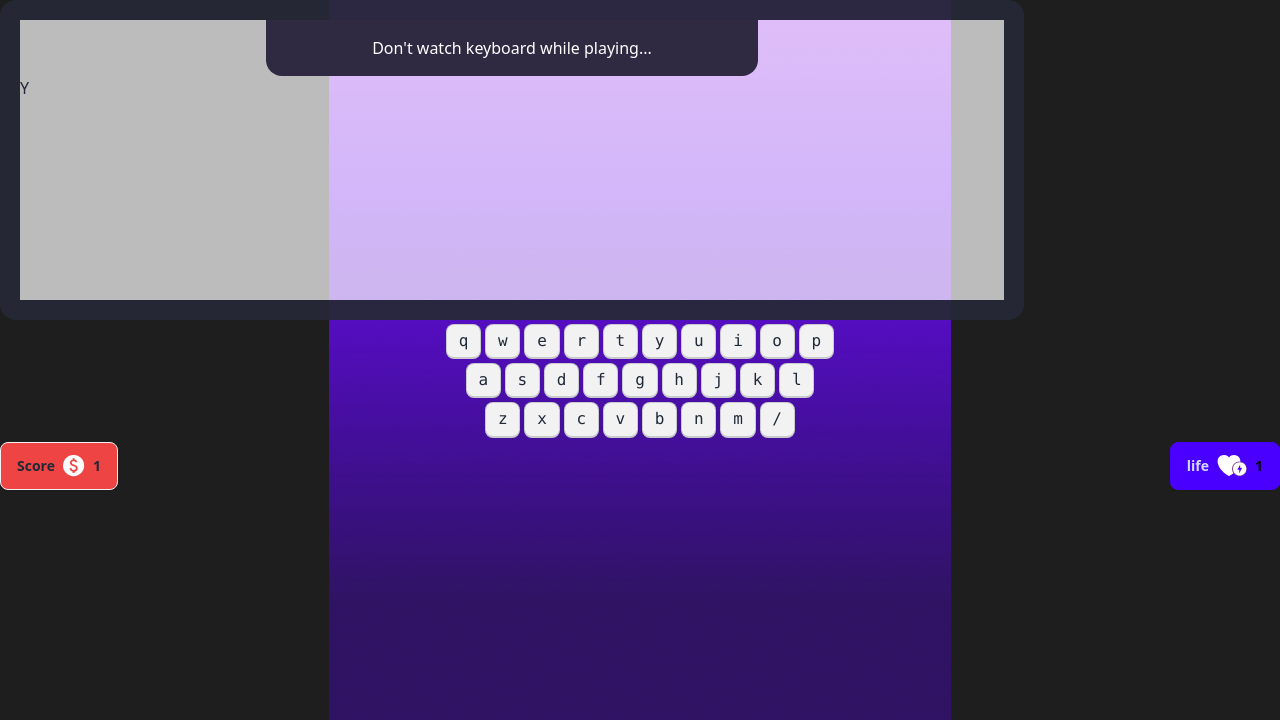
Repository: RudrasahaDibos/Alphabet-clash-
Page: index.html
The author's editor kept a copy of each file at every save. The page is drawn from the files as they stood at one save, then again after a run of saves.
The browser window is 1280 px wide. The pictures show the whole page.
Some web fonts or font styles are not loaded; a fallback is used. Some web libraries are served in a nearby version.

Above is the page before, as saved 2024-11-04 12:27:17.

After the next 4 saves:
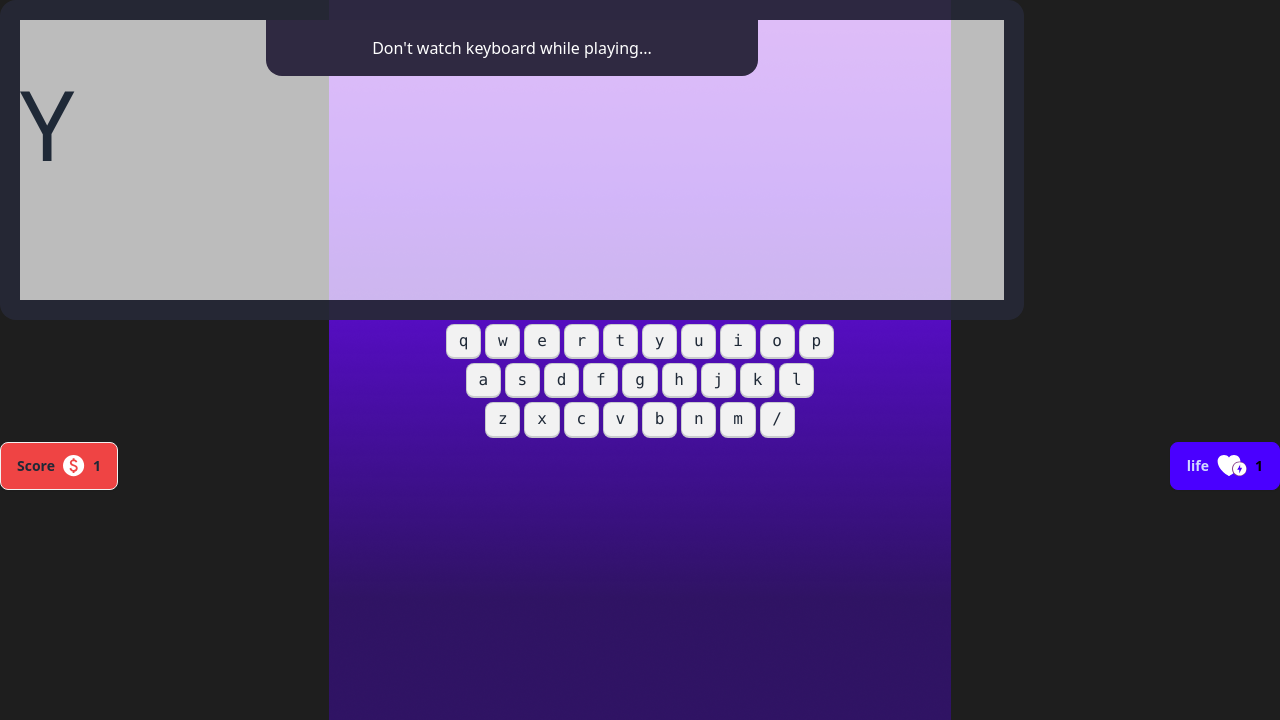
The 4 saves are shown as one change because they came seconds apart.
The last was saved 14 s later.
--- a/index.html
+++ b/index.html
@@ -37,7 +37,7 @@
                             <p class="text-white bg-[#2F2941] p-4 text-center rounded-b-2xl w-2/4">Don't watch keyboard  while playing...</p>
                           </div>
 
-                          <span>Y</span>
+                          <span class="text-8xl font">Y</span>
                     </div>
                      <!-- dispaly screen end here -->
 
